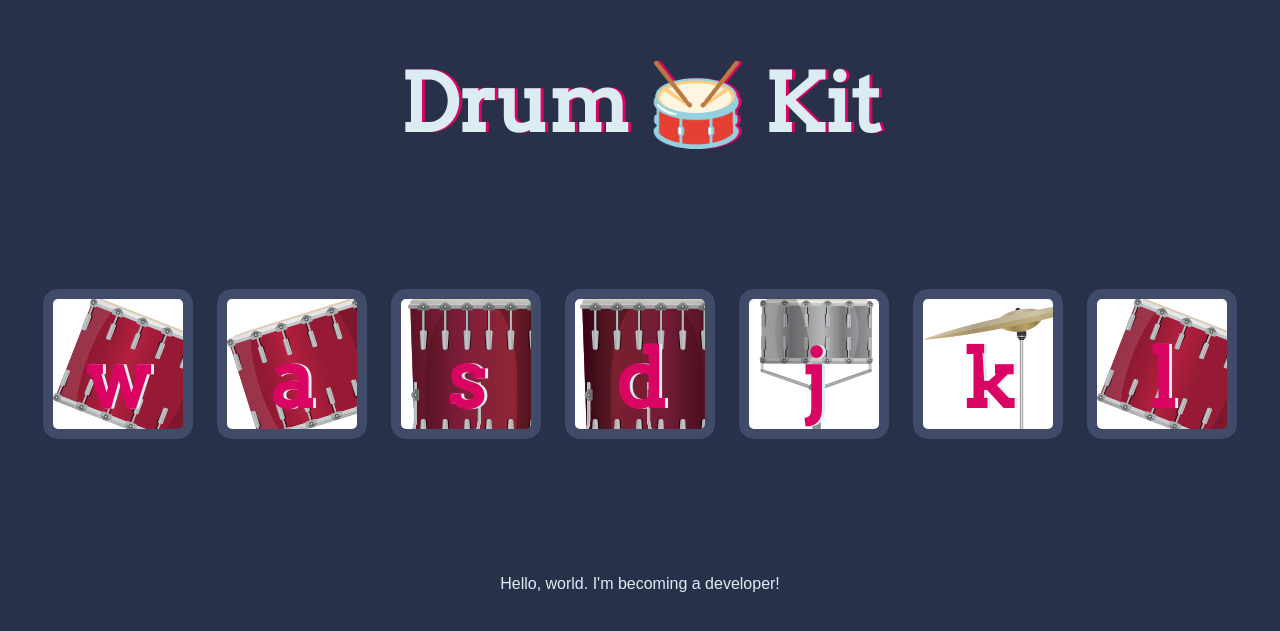
Repository: doncsar/yu-frontend-bootcamp
Page: 17-drumkit/index.html
The author's editor kept a copy of each file at every save. The page is drawn from the files as they stood at one save, then again after the next save.
The browser window is 1280 px wide. The pictures show the whole page.

Above is the page before, as saved 2024-01-27 19:26:41.

### 17-drumkit/index.html
<!DOCTYPE html>
<html lang="en">
   <head>
      <meta charset="UTF-8" />
      <meta name="viewport" content="width=device-width, initial-scale=1.0" />
      <title>Drum Kit</title>
      <link rel="stylesheet" href="style.css" />
      <script src="script.js" defer></script>
      <link
         href="https://fonts.googleapis.com/css?family=Arvo"
         rel="stylesheet"
      />
   </head>
   <body>
      <h1 id="title">Drum 🥁 Kit</h1>
      <div class="set">
         <button class="w drum">w</button>
         <button class="a drum">a</button>
         <button class="s drum">s</button>
         <button class="d drum">d</button>
         <button class="j drum">j</button>
         <button class="k drum">k</button>
         <button class="l drum">l</button>
      </div>
      <footer>Hello, world. I'm becoming a developer!</footer>
   </body>
</html>

### 17-drumkit/style.css
body {
  text-align: center;
  background-color: #283149;
}

h1 {
  font-size: 5rem;
  color: #DBEDF3;
  font-family: "Arvo", cursive;
  text-shadow: 3px 0 #DA0463;

}

footer {
  color: #DBEDF3;
  font-family: sans-serif;
}

.w {
 background-image: url('./resources/images/tom1.png');
}

.a {
background-image: url('./resources/images/tom2.png');
}

.s {
background-image: url('./resources/images/tom3.png');
}

.d {
background-image: url('./resources/images/tom4.png');
}

.j {
background-image: url('./resources/images/snare.png');
}

.k {
background-image: url('./resources/images/crash.png');
}

.l {
background-image: url('./resources/images/tom1.png');
}

.set {
  margin: 10% auto;
}

.game-over {
  background-color: red;
  opacity: 0.8;
}

.pressed {
  box-shadow: 0 3px 4px 0 #DBEDF3;
  opacity: 0.5;
}

.red {
  color: red;
}

.drum {
  outline: none;
  border: 10px solid #404B69;
  font-size: 5rem;
  font-family: 'Arvo', cursive;
  line-height: 2;
  font-weight: 900;
  color: #DA0463;
  text-shadow: 3px 0 #DBEDF3;
  border-radius: 15px;
  display: inline-block;
  width: 150px;
  height: 150px;
  text-align: center;
  margin: 10px;
  background-color: white;
}

### 17-drumkit/script.js
const drums = document.querySelectorAll('.drum')

function handleCLick() {
   const drumSound = new Audio('resources/sounds/tom-1.mp3')
   drumSound.play()
}
console.log(drums);

drums.forEach(drum => drum.addEventListener('click', handleCLick))

After the next save:
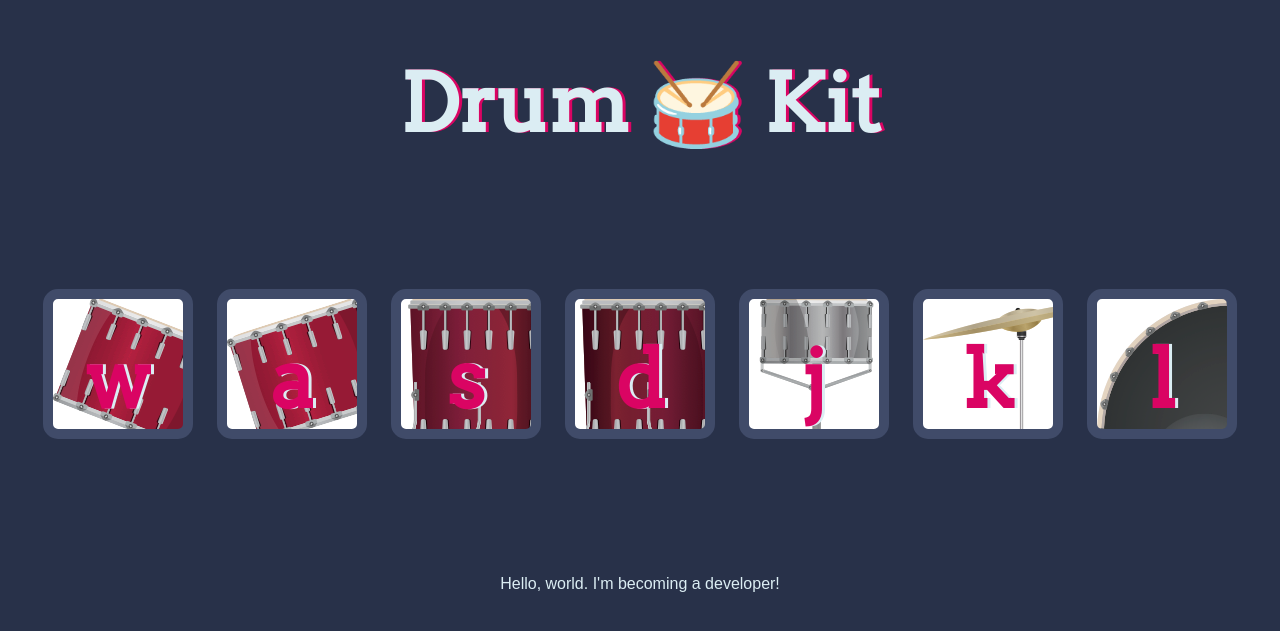
Saved 4 s later.
--- a/17-drumkit/style.css
+++ b/17-drumkit/style.css
@@ -41,7 +41,7 @@ background-image: url('./resources/images/crash.png');
 }
 
 .l {
-background-image: url('./resources/images/tom1.png');
+background-image: url('./resources/images/kick.png');
 }
 
 .set {
